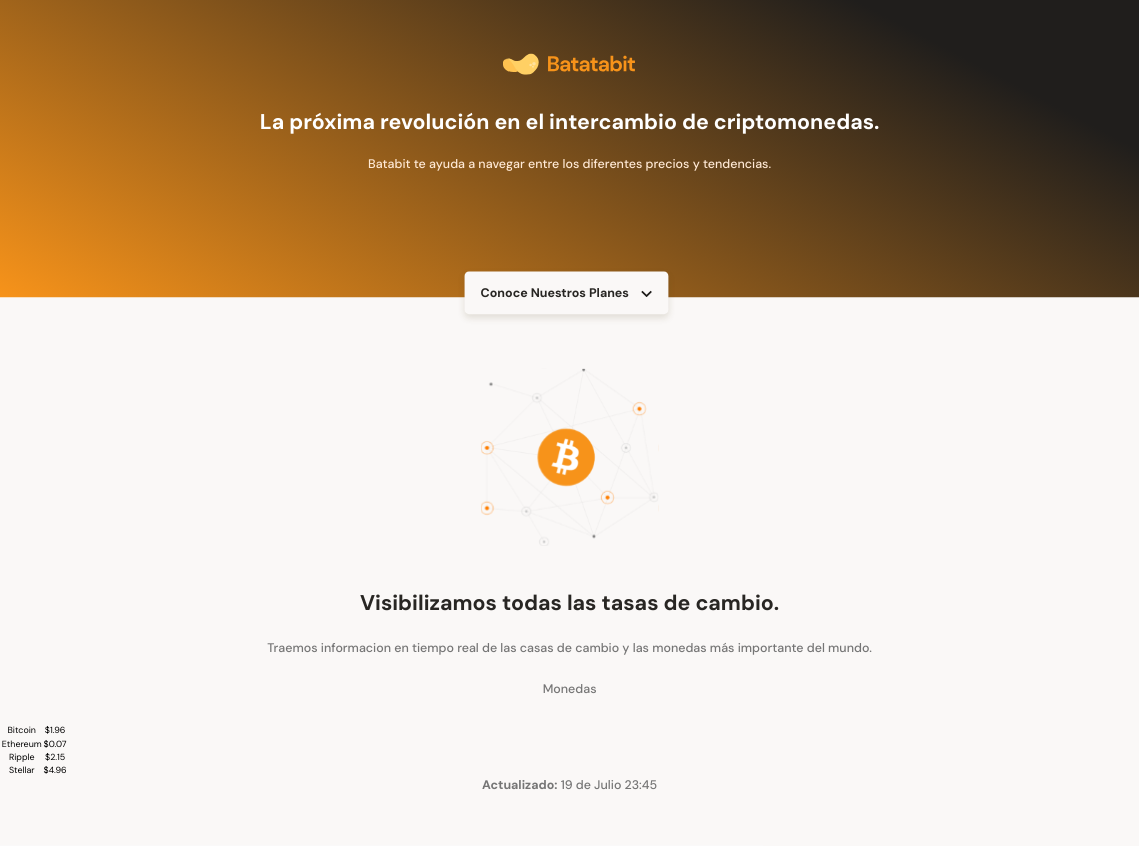
Repository: EnzoSz/Mobile-First
Page: index.html
The author's editor kept a copy of each file at every save. The page is drawn from the files as they stood at one save, then again after the next save.
The browser window is 1280 px wide. The pictures show the whole page, at 89% of full size.

Above is the page before, as saved 2021-01-28 20:01:13.

### index.html
<!DOCTYPE html>
<html lang="en">
<head>
    <meta charset="UTF-8">
    <meta name="viewport" content="width=device-width, initial-scale=1.0">
    <title>Document</title>
    <link rel="preconnect" href="https://fonts.gstatic.com">
    <link href="https://fonts.googleapis.com/css2?family=DM+Sans:wght@400;500;700&family=Inter:wght@300;500&display=swap" rel="stylesheet">
    <link rel="stylesheet" href="./estilos.css">
</head>
<body>
    <header>
        <img src="./assets/img/logo.svg" alt="">
        <div class="header--title-container">
            <h1>La próxima revolución en el intercambio de criptomonedas.</h1>
            <p>Batabit te ayuda a navegar entre los diferentes precios y tendencias.</p>
            <a href="" class="header--button">Conoce Nuestros Planes <span></span></a>
        </div>
    </header>
    <main>
        <section class="main-exchange-container">
            <div class="backgroundImg"></div>
            <div class="main.exchange-container--title">
                <h2>Visibilizamos todas las tasas de cambio.</h2>
                <p>
                    Traemos informacion en  tiempo real de las casas de cambio y las monedas más importante del mundo.

                </p>
            </div>
            <section class="main-tables-container">
                <div class="main-currency-table">
                    <p class="currency-table--title">Monedas</p>
                    <div class="currency-table--container">
                        <table>
                            <tr>
                                <td class="table__top-left">Bitcoin</td>
                                <td class="table__top-right table__right">$1.96 <span></span></td>
                            </tr>
                            <tr>
                                <td>Ethereum</td>
                                <td class="table__right">$0.07</td>
                            </tr>
                            <tr>
                                <td>Ripple</td>
                                <td class="table__right">$2.15</td>
                            </tr>
                            <tr>
                                <td class="table__bottom-left">Stellar</td>
                                <td class="table__bottom-right table__rirght">$4.96</td>
                            </tr>
                        </table>
                    </div>
                    <div class="currency-table-date">
                        <p>
                            <b>Actualizado:</b> 19 de Julio 23:45
                        </p>
                    </div>
                </div>
            </section>
        </section>
        <section></section>
        <section></section>
        <section></section>
    </main>
    <footer></footer>
</body>
</html>

### estilos.css
/*
1. Posicionamiento
2. Modelo de caja (Box model)
3. Tipografía
4. Visuales
5. Otros
*/
:root {
    /*Colores */
    --bitcoin-orange: #F7931A;
    --soft-orange: #FFE9D5;
    --secondary-blue: #1A9AF7;
    --soft-blue: #E7F5FF;
    --warm-black: #201E1C;
    --warm-black1: #282623;
    --grey: #BABABA;
    --off-white: #FAF8F7;
    --just-white: #FFFFFF;
}
* {
    box-sizing: border-box;
    margin: 0;
    padding: 0;
}
html {
    font-size: 62.5%;
    font-family: 'DM Sans', sans-serif;
}
header {
    position: relative;
    display: flex;
    flex-direction: column;
    justify-content: center;
    width: 100%;
    min-width: 32rem;
    height: 33.4rem;
    text-align: center;
    background: linear-gradient(207.8deg, #201E1C 16.69%, #F7931A 100%);;
}
header img {
    width: 15rem;
    height: 2.4rem;
    margin-top: 6.0rem;
    align-self:center;
}
.header--title-container {
    width: 90%;
    min-width: 28.8rem;
    max-width: 90rem;
    height: 21.8rem;
    margin-top: 4rem;
    text-align: center;
    align-self:center;

}
.header--title-container h1 {
    font-size: 2.4rem;
    font-weight: bold;
    line-height: 2.6rem;
    color: var(--just-white);
}
.header--title-container p {
    margin-top: 25px;
    font-size: 1.4rem;
    font-weight: 500;
    line-height: 1.8rem;
    color: var(--soft-orange);
}
.header--title-container .header--button {
    position: absolute;
    left: calc(50% - 118px);
    top: 270px;
    display: block;
    margin-top: 35px;
    padding: 15px;
    width: 229px;
    height: 48px;
    background-color: var(--off-white);
    /*Sombra*/
    box-shadow: 0px 4px 8px rgba(89, 73, 30, 0.16);
    border: none;
    border-radius: 5px;
    font-size: 1.4rem;
    font-weight: bold;
    text-decoration: none;
    color: var(--warm-black1);
}
.header--button span {
    display: inline-block;
    width: 13px;
    height: 8px;
    margin-left: 10px;
    background-image: url('./assets/icons/arrow-down.svg');
}
main {
    width: 100%;
    height: auto;
    background-color: var(--off-white);
}
.main-exchange-container {
    width: 100%;
    height: auto;
    padding-top: 80px;
    padding-bottom: 30px;
    text-align: center;
}
.main-exchange-container--title {
    width: 90%;
    min-width: 288px;
    max-width: 900px;
    margin: 0 auto;
}
.main-exchange-container .backgroundImg {
    width: 200px;
    height: 200px;
    margin: 0 auto;
    margin-bottom: 50px;
    background-image:url('./assets/img/bitcoin.svg');
    background-size: cover;
    background-position: center;
    background-repeat: no-repeat;
}
.main-exchange-container h2 {
    margin-bottom: 30px;
    font-size: 2.4rem;
    font-weight: bold;
    line-height: 2.6rem;
    color: var(--warm-black1);
}
.main-exchange-container p {
    margin-bottom: 30px;
    font-size: 1.4rem;
    font-weight: 500;
    line-height: 1.6rem;
    color: #757575;
}

After the next save:
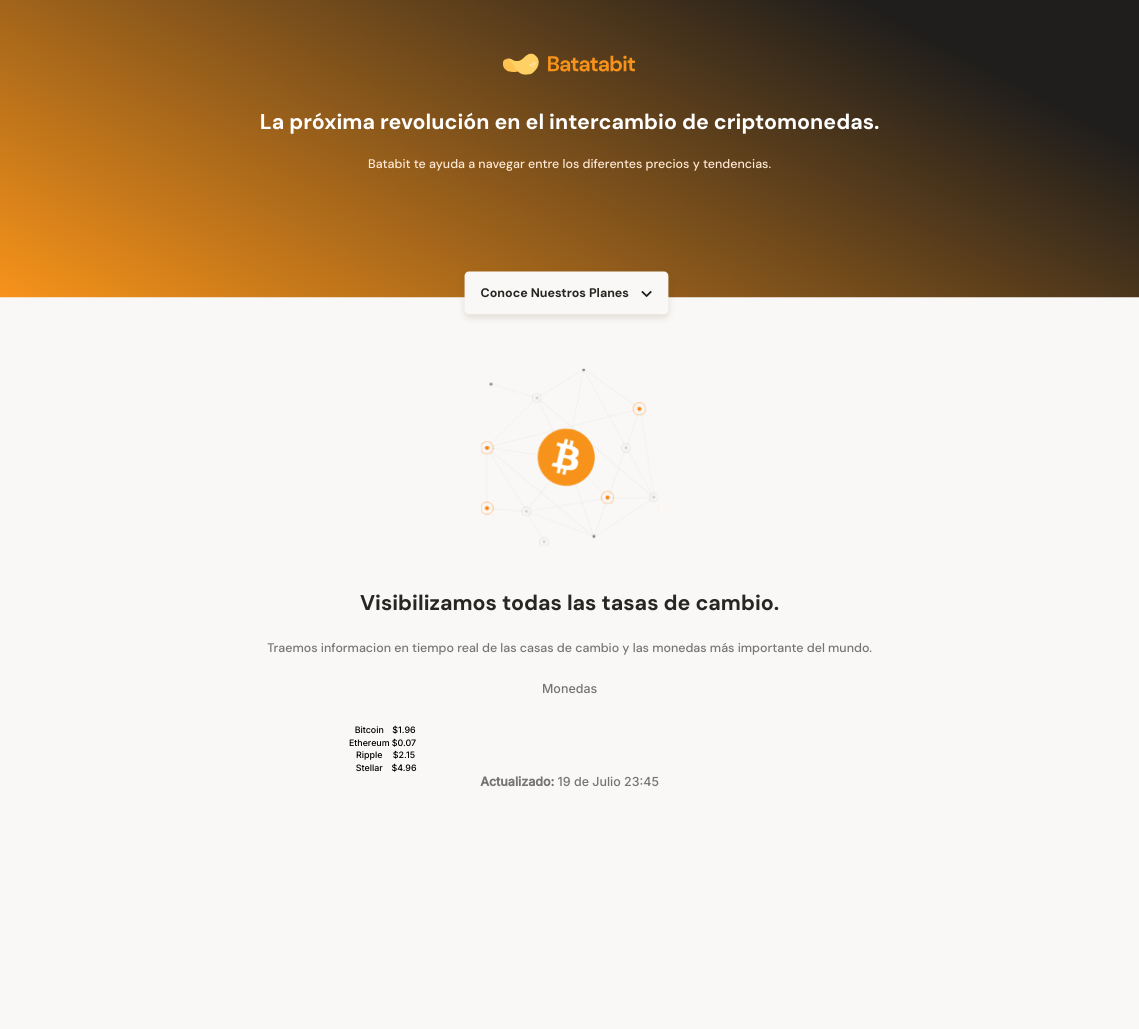
Saved 4 min 55 s later.
--- a/estilos.css
+++ b/estilos.css
@@ -134,3 +134,11 @@
     line-height: 1.6rem;
     color: #757575;
 }
+.main-currency-table {
+    width: 70%;
+    min-width: 235px;
+    max-width: 500px;
+    height: 360px;
+    margin: 0 auto;
+    font-family: "Inter", sans-serif;
+}
